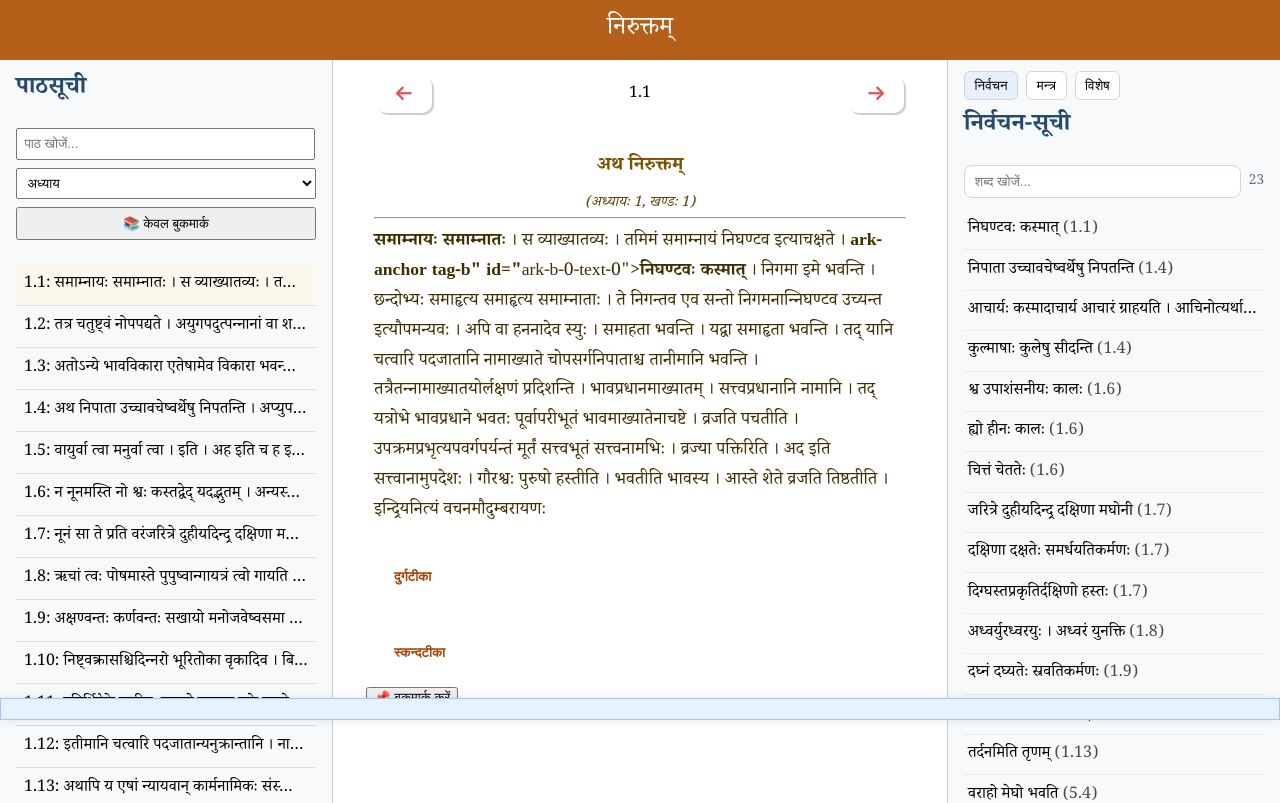
Repository: sanskritsphere/Niruktam
Page: virson2/index.html
These files come from the project's save history. The page is drawn as it stood at one moment and after the next save; the edit follows.
The browser window is 1280 px wide. The pictures show the whole page.
Some web fonts or font styles are not loaded; a fallback is used.

Above is the page before, as saved 2025-11-11 09:39:26.

### virson2/index.html
<!DOCTYPE html>
<html lang="sa">
<head>
  <meta charset="UTF-8">
  <meta name="viewport" content="width=device-width, initial-scale=1.0">
  <title>निरुक्तम्(1.1)</title>
  <link rel="stylesheet" type="text/css" href="style.css">
  <link rel="stylesheet" href="https://cdnjs.cloudflare.com/ajax/libs/font-awesome/6.5.0/css/all.min.css">
  <link href="https://fonts.googleapis.com/css2?family=Noto+Serif+Devanagari&family=Mukta&family=Tiro+Devanagari+Sanskrit&display=swap" rel="stylesheet">
  </head>
<body>
  <div class="loader" id="loader"></div>
  <div id="header">
    <span>निरुक्तम्</span>
  </div>
  <button class="menu-toggle" onclick="toggleSidebar()">☰</button>

  <aside id="sidebar">
    <h2>पाठसूची</h2>
    <input id="searchInput" oninput="leftSearch()" type="text" placeholder="पाठ खोजें...">
    <select id="filterAdhyay"><option value="">अध्यायं चिनुयात्</option></select>
    <button id="filterBookmarked">📚 केवल बुकमार्क</button>
       <ul id="sutraList"></ul>
  </aside>


  <div id="tipsBox"></div>
  <main onclick="toggleSidebar(true)">
    <div id="sutraContent"></div>
  </main>

   <aside id="markSidebar">
  <h2>निर्वचन-सूची</h2>

  <div class="markSearch">
    <input id="markSearchInput" type="search" placeholder="शब्द खोजें..." />
    <span id="markSearchCount"></span>
  </div>

  <ul id="markList"></ul>
</aside>


 <script src="script.js" defer></script>
</body>
</html>

### virson2/script.js
// =============== STATE ===============
let data = [];
let currentIndex = 0;
let listElements = [];

const TAGS = [
  { key: 'b', label: 'निर्वचन' },  // b(.*?)b
  { key: 'm', label: 'मन्त्र' },   // m(.*?)m
  { key: 'v', label: 'विशेष' }     // v(.*?)v
];

const termsByTag = {};               // { b:[], m:[], v:[] }
TAGS.forEach(t => termsByTag[t.key] = []);

const bookmarked = new Set();
const doubts = JSON.parse(localStorage.getItem('doubts') || '[]');

const markState = { query: "", activeTag: 'b' };  // right sidebar
const leftSearchState = { q: "" };                // left sidebar search

// सिर्फ left-labels के लिए b...b unwrap का regex (बाकी tags नीचे अलग तरीके से संभलते हैं)
const MARK_RE_B = /b(.*?)b/g;


// =============== HELPERS ===============
function normalizeNFC(s){ return (s || "").normalize("NFC"); }

function escapeHTML(s=""){
  return s.replace(/[&<>"']/g, c => ({
    '&':'&amp;','<':'&lt;','>':'&gt;','"':'&quot;',"'":'&#39;'
  }[c]));
}

function highlightLabel(label="", q=""){
  label = normalizeNFC(label);
  q = normalizeNFC(q);
  const safe = escapeHTML(label);
  if(!q) return safe;
  const re = new RegExp(q.replace(/[.*+?^${}()|[\]\\]/g, '\\$&'), 'gi');
  return safe.replace(re, m => `<span class="mark">${m}</span>`);
}

function debounce(fn, wait = 200){
  let t;
  return (...args) => { clearTimeout(t); t = setTimeout(() => fn(...args), wait); };
}

function highlightDoubts(text, doubtTexts) {
  if (!text) return '';
  let out = text;
  doubtTexts.forEach(doubt => {
    const q = normalizeNFC(doubt);
    if (!q) return;
    const re = new RegExp(`(${q.replace(/[.*+?^${}()|[\]\\]/g, '\\$&')})`, 'g');
    out = out.replace(re, '<span class="doubt-highlight">$1</span>');
  });
  return out;
}

/* ========= main content temporary highlight after click ========= */
function flashSearchInMain(query, duration = 1600){
  query = (query || "").trim();
  if (!query) return;
  const container = document.getElementById('sutraContent');
  if (!container) return;

  const qN = normalizeNFC(query).toLowerCase();

  // remove previous flashes
  container.querySelectorAll('.main-flash').forEach(span => {
    const text = document.createTextNode(span.textContent);
    const p = span.parentNode;
    if (p) p.replaceChild(text, span);
  });

  // walk text nodes and wrap matches
  const walker = document.createTreeWalker(container, NodeFilter.SHOW_TEXT, null);
  let node, firstSpan = null;

  const wrapMatchesInNode = (textNode) => {
    const original = textNode.nodeValue;
    const origN = normalizeNFC(original);
    const hay = origN.toLowerCase();

    let start = 0, idx = hay.indexOf(qN, start);
    if (idx === -1) return;

    const parent = textNode.parentNode;
    const frag = document.createDocumentFragment();
    let pos = 0;

    while (idx !== -1) {
      const absStart = idx;
      const absEnd = idx + qN.length;

      const before = original.slice(pos, absStart);
      const match  = original.slice(absStart, absEnd);

      if (before) frag.appendChild(document.createTextNode(before));

      const span = document.createElement('span');
      span.className = 'main-flash';
      span.textContent = match;
      frag.appendChild(span);
      if (!firstSpan) firstSpan = span;

      pos = absEnd;
      start = absEnd;
      idx = hay.indexOf(qN, start);
    }
    const after = original.slice(pos);
    if (after) frag.appendChild(document.createTextNode(after));

    parent.replaceChild(frag, textNode);
  };

  while ((node = walker.nextNode())) {
    if (!node.parentElement) continue;
    const tag = node.parentElement.tagName;
    if (tag === 'SCRIPT' || tag === 'STYLE') continue;
    wrapMatchesInNode(node);
  }

  if (firstSpan) {
    firstSpan.scrollIntoView({ behavior: 'smooth', block: 'center' });
  }

  setTimeout(() => {
    container.querySelectorAll('.main-flash').forEach(span => {
      const text = document.createTextNode(span.textContent);
      const p = span.parentNode;
      if (p) p.replaceChild(text, span);
    });
  }, duration);
}
/* ========= /flash ========= */

/* ========= collect all tags (b/m/v/...) into anchors + termsByTag ========= */
function processAllTags(str, sutraIdx, field){
  let html = str || '';
  if (!html) return { html: '' };

  TAGS.forEach(tag => {
    const re = new RegExp(`${tag.key}(.*?)${tag.key}`, 'g');
    let i = 0;
    html = html.replace(re, (m, p1) => {
      const id = `mark-${tag.key}-${sutraIdx}-${field}-${i++}`;
      const label = (p1 || '').trim();
      termsByTag[tag.key].push({ id, label, sutraIdx, field, tag: tag.key });
      return `<span class="mark-anchor tag-${tag.key}" id="${id}"><b>${label}</b></span>`;
    });
  });

  return { html };
}


// =============== RENDER: MAIN PANEL ===============
function renderSutra(index) {
  const sutra = data[index];
  if (!sutra) return;

  const doubtTexts = doubts.filter(d => d.index === sutra.index).map(d => d.text);
  const container = document.getElementById('sutraContent');
  if (!container) return;

  container.innerHTML = `
    <div class="sutra">
      <div class="sutra-btn">
        <button onclick="navigate(-1)"><i class="fas fa-arrow-left"></i></button>
        <p>${sutra.index}</p>
        <button onclick="navigate(1)"><i class="fas fa-arrow-right"></i></button>
      </div>

      <div class="section"><strong>अथ निरुक्तम्</strong>
        <div class="meta">(अध्यायः ${sutra.adhyay}, खण्डः ${sutra.khand})</div><hr>
        ${highlightDoubts(sutra.text, doubtTexts)}
      </div>

      <div class="section">
        <button class="toggle-btn" onclick="toggleExclusive('durg')">दुर्गटीका</button>
        <div id="durg" class="toggle-content"><hr>${highlightDoubts(sutra.durg, doubtTexts)}</div>
      </div>
      <div class="section">
        <button class="toggle-btn" onclick="toggleExclusive('skand')">स्कन्दटीका</button>
        <div id="skand" class="toggle-content"><hr>${highlightDoubts(sutra.skand, doubtTexts)}</div>
      </div>
      <button class="add-remove-bookmark" onclick="toggleBookmark(${index})">
        ${bookmarked.has(index) ? '🔖 बुकमार्क हटाएं' : '📌 बुकमार्क करें'}
      </button>
      <br><br><br><br>
    </div>
  `;

  listElements.forEach((el, i) => {
    el.classList.toggle('active', i === index);
    if (i === index) document.title = `निरुक्त_(${sutra.index})`;
  });
}


// =============== LEFT LIST (always from plain) ===============
function populateSidebar() {
  const ul = document.getElementById('sutraList');
  if (!ul) return;

  ul.innerHTML = '';
  listElements = [];

  data.forEach((sutra, index) => {
    const base = `${sutra.index}: ${sutra.text_plain || ""}`.trim();
    const title = base;
    const label = base; // चाहो तो slice कर सकते हैं

    const li = document.createElement('li');
    li.textContent = label;          // plain
    li.title = title;
    li.dataset.baseLabel = label;    // restore के लिए stash

    li.onclick = (e) => {
      e.stopPropagation();
      currentIndex = index;
      renderSutra(index);
      if (leftSearchState.q && leftSearchState.q.trim()) {
        setTimeout(() => flashSearchInMain(leftSearchState.q), 60);
      }
      toggleSidebar(true);
    };

    listElements.push(li);
    ul.appendChild(li);
  });
}

// master renderer: left search + adhyay + bookmark
function applyFilters() {
  const ul = document.getElementById('sutraList');
  if (!ul) return;

  const adhyayEl = document.getElementById('filterAdhyay');
  const bookmarkedBtn = document.getElementById('filterBookmarked');

  const adhyay = adhyayEl ? adhyayEl.value : "";
  const showBookmarked = bookmarkedBtn ? bookmarkedBtn.classList.contains('active') : false;

  const q = normalizeNFC((leftSearchState.q || "").toLowerCase());

  ul.innerHTML = '';

  listElements.forEach((li, i) => {
    const s = data[i];
    const passAdhyay   = (!adhyay || s.adhyay == adhyay);
    const passBookmark = (!showBookmarked || bookmarked.has(i));
    const passSearch   = (!q || (s._search || "").includes(q));

    if (passAdhyay && passBookmark && passSearch) {
      ul.appendChild(li);
    }
  });
}


// =============== RIGHT SIDEBAR (tabs + list) ===============
function buildMarkTabs(){
  const sidebar = document.getElementById('markSidebar');
  if (!sidebar) return;

  let tabs = document.getElementById('markTabs');
  if (!tabs){
    tabs = document.createElement('div');
    tabs.id = 'markTabs';
    tabs.style.display = 'flex';
    tabs.style.gap = '.5rem';
    tabs.style.marginBottom = '.5rem';
    tabs.style.flexWrap = 'wrap';
    const h2 = sidebar.querySelector('h2');
    if (h2 && h2.parentNode) h2.parentNode.insertBefore(tabs, h2);
    else sidebar.insertBefore(tabs, sidebar.firstChild);
  }

  tabs.innerHTML = '';
  TAGS.forEach(tag => {
    const btn = document.createElement('button');
    btn.className = 'mark-tab-btn';
    btn.textContent = tag.label;
    btn.dataset.tag = tag.key;
    btn.style.padding = '.35rem .6rem';
    btn.style.border = '1px solid #cfd6de';
    btn.style.borderRadius = '6px';
    btn.style.background = (markState.activeTag === tag.key) ? '#e8f0fe' : '#fff';
    btn.style.cursor = 'pointer';
    btn.setAttribute('aria-selected', markState.activeTag === tag.key ? 'true' : 'false');
    btn.onclick = () => {
      markState.activeTag = tag.key;
      buildMarkTabs();     // active style refresh
      renderMarkSidebar(); // list refresh
    };
    tabs.appendChild(btn);
  });
}

function renderMarkSidebar() {
  const ul = document.getElementById('markList');
  const countEl = document.getElementById('markSearchCount');
  if (!ul) return;

  const active = markState.activeTag || 'b';
  const source = termsByTag[active] || [];

  const q = normalizeNFC((markState.query || "").toLowerCase().trim());
  const filtered = q
    ? source.filter(t => normalizeNFC(t.label).toLowerCase().includes(q))
    : source;

  ul.innerHTML = '';

  filtered.forEach((t) => {
    const li = document.createElement('li');
    const idx = data[t.sutraIdx]?.index || '';
    li.innerHTML = `${highlightLabel(t.label, q)} <span style="opacity:.7">(${idx})</span>`;
    li.title = `${t.label} — सूक्त ${idx}`;
    li.onclick = (e) => {
      e.stopPropagation();
      currentIndex = t.sutraIdx;
      renderSutra(currentIndex);
      if (markState.query && markState.query.trim()) {
        setTimeout(() => flashSearchInMain(markState.query), 60);
      }
      setTimeout(() => {
        const el = document.getElementById(t.id);
        if (el) {
          el.classList.add('flash');
          el.scrollIntoView({ behavior: 'smooth', block: 'center' });
          setTimeout(() => el.classList.remove('flash'), 1500);
        }
      }, 50);
    };
    ul.appendChild(li);
  });

  if (countEl) countEl.textContent = String(filtered.length || 0);
}


// =============== FILTERS / NAV / TOGGLES ===============
function updateFilters() {
  const adhyaySet = new Set();
  data.forEach(s => adhyaySet.add(s.adhyay));
  const sel = document.getElementById('filterAdhyay');
  if (!sel) return;
  sel.innerHTML = '<option value="">अध्याय</option>' + [...adhyaySet].map(a => `<option>${a}</option>`).join('');
}

function navigate(offset) {
  const newIndex = currentIndex + offset;
  if (newIndex >= 0 && newIndex < data.length) {
    currentIndex = newIndex;
    renderSutra(currentIndex);
  }
}

function toggleBookmark(index) {
  bookmarked.has(index) ? bookmarked.delete(index) : bookmarked.add(index);
  renderSutra(index);
  applyFilters();
}

function toggleSidebar(forceClose = null) {
  const aside = document.getElementById('sidebar');
  if (!aside) return;
  if (forceClose === true) aside.classList.remove('open');
  else if (forceClose === false) aside.classList.add('open');
  else aside.classList.toggle('open');
}

function toggleExclusive(idToShow) {
  ['durg', 'skand'].forEach(id => {
    const el = document.getElementById(id);
    if (!el) return;
    el.style.display = id === idToShow && el.style.display !== 'block' ? 'block' : 'none';
  });
}


// =============== UI WIRING (bind after DOMContentLoaded) ===============
function wireUI(){

  // LEFT sidebar search input (always from plain dataset)
  const input = document.getElementById("searchInput");
  if (input){
    input.addEventListener('input', function() {
      leftSearchState.q = input.value || "";

      const filter = input.value.normalize("NFC").toUpperCase();
      const ul = document.getElementById("sutraList");
      const li = ul.getElementsByTagName("li");

      for (let i = 0; i < li.length; i++) {
        const base = (li[i].dataset.baseLabel || li[i].textContent || "").normalize("NFC");
        const idx = base.toUpperCase().indexOf(filter);

        if (idx > -1) {
          li[i].style.display = "";
          const before = base.slice(0, idx);
          const middle = base.slice(idx, idx + filter.length);
          const after  = base.slice(idx + filter.length);
          li[i].innerHTML = `${before}<span class="chihnit">${middle}</span>${after}`;
        } else {
          li[i].style.display = "none";
          li[i].textContent = base; // restore plain
        }
      }
    });
  }

  // Filters wiring
  const adhyaySelect = document.getElementById('filterAdhyay');
  if (adhyaySelect) adhyaySelect.onchange = applyFilters;

  const bookmarkedBtnEl = document.getElementById('filterBookmarked');
  if (bookmarkedBtnEl){
    bookmarkedBtnEl.onclick = function () {
      this.classList.toggle('active');
      applyFilters();
    };
  }

  // RIGHT sidebar search input
  const markSearchInput = document.getElementById('markSearchInput');
  if (markSearchInput){
    markState.query = ""; // init
    markSearchInput.addEventListener('input', debounce(e => {
      markState.query = e.target.value || "";
      renderMarkSidebar();
    }, 150));
  }

  // Build right tabs initially
  buildMarkTabs();
}


// =============== FETCH + PROCESS ===============
document.addEventListener('DOMContentLoaded', () => {
  wireUI();  // DOM ready

  fetch("data.json")
    .then(res => res.json())
    .then(json => {
      data = json.niruktam.map((item, i) => {
        // Plain versions for LEFT labels/search (strip all tags + unwrap b/m/v)
        const rawText  = item.text  || "";
        const rawDurg  = item.durg  || "";
        const rawSkand = item.skand || "";

        const stripAll = s => (s || "")
          .replace(/<[^>]*>/g, "")
          .replace(/b(.*?)b/g, (_, p1)=> (p1||"").trim())
          .replace(/m(.*?)m/g, (_, p1)=> (p1||"").trim())
          .replace(/v(.*?)v/g, (_, p1)=> (p1||"").trim());

        const text_plain  = stripAll(rawText);
        const durg_plain  = stripAll(rawDurg);
        const skand_plain = stripAll(rawSkand);

        // Left search key from plain text
        const searchKey = normalizeNFC((item.index + ': ' + text_plain)).toLowerCase();

        // Main HTML with anchors for ALL configured tags
        const pText  = processAllTags(item.text,  i, 'text');
        const pDurg  = processAllTags(item.durg,  i, 'durg');
        const pSkand = processAllTags(item.skand, i, 'skand');

        return {
          ...item,
          text:  pText.html,
          durg:  pDurg.html,
          skand: pSkand.html,
          text_plain,
          durg_plain,
          skand_plain,
          _search: searchKey
        };
      });

      // Left list + filters
      populateSidebar();
      updateFilters();
      applyFilters();

      // Main + Right side
      renderSutra(currentIndex);
      renderMarkSidebar();

      const loader = document.getElementById('loader');
      if (loader) loader.style.display = 'none';
    })
    .catch(err => {
      const cont = document.getElementById('sutraContent');
      if (cont) cont.innerText = 'Error loading data: ' + err.message;
      const loader = document.getElementById('loader');
      if (loader) loader.style.display = 'none';
    });
});

Loaded but not shown: virson2/data.json (4814 lines, source omitted); virson2/style.css (303 lines, source omitted)

After the next save:
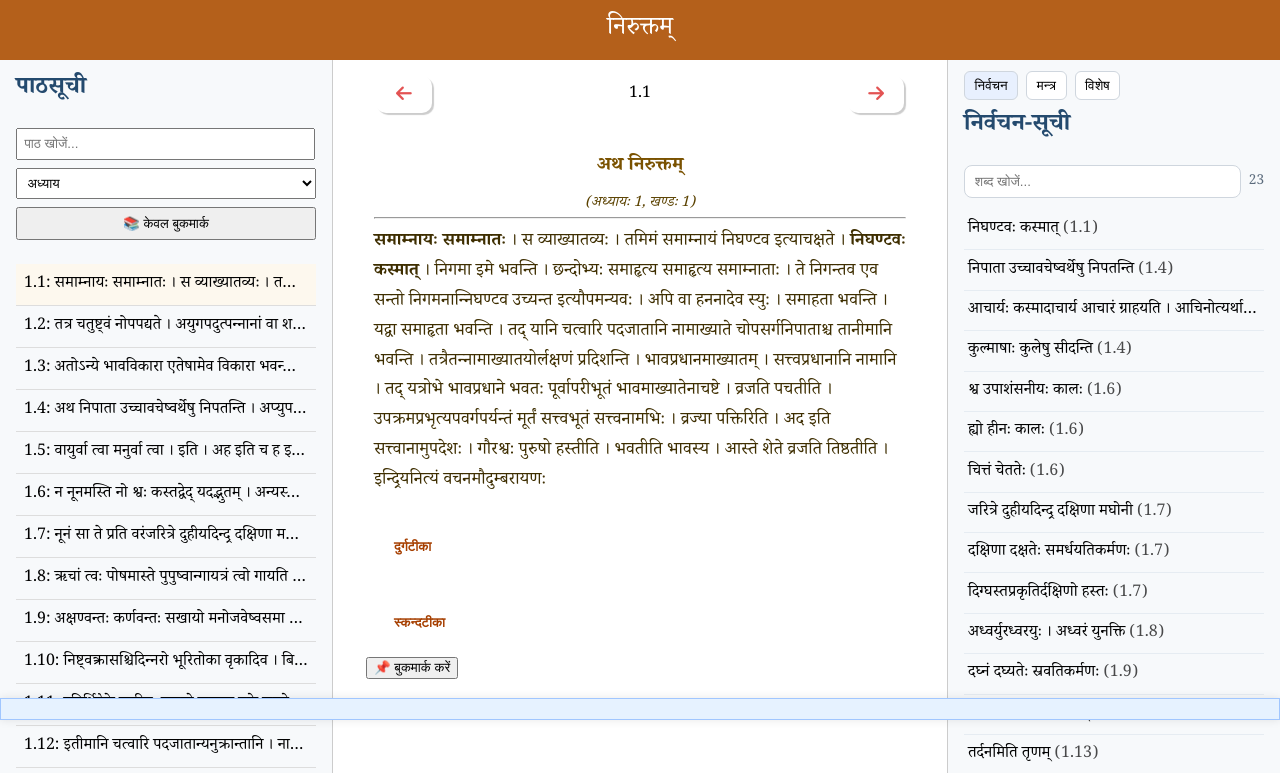
Saved 6 min 3 s later.
--- a/virson2/script.js
+++ b/virson2/script.js
@@ -18,7 +18,7 @@ const doubts = JSON.parse(localStorage.getItem('doubts') || '[]');
 const markState = { query: "", activeTag: 'b' };  // right sidebar
 const leftSearchState = { q: "" };                // left sidebar search
 
-// सिर्फ left-labels के लिए b...b unwrap का regex (बाकी tags नीचे अलग तरीके से संभलते हैं)
+// सिर्फ left-labels के लिए b...b unwrap (list label generate करते समय)
 const MARK_RE_B = /b(.*?)b/g;
 
 
@@ -135,20 +135,27 @@ function flashSearchInMain(query, duration = 1600){
 }
 /* ========= /flash ========= */
 
-/* ========= collect all tags (b/m/v/...) into anchors + termsByTag ========= */
+/* ========= SINGLE-PASS tag collector: b/m/v/... =========
+   किसी एक replace से सारे tags पकड़ो ताकि HTML inject होने के बाद regex न बिगड़े  */
 function processAllTags(str, sutraIdx, field){
-  let html = str || '';
-  if (!html) return { html: '' };
-
-  TAGS.forEach(tag => {
-    const re = new RegExp(`${tag.key}(.*?)${tag.key}`, 'g');
-    let i = 0;
-    html = html.replace(re, (m, p1) => {
-      const id = `mark-${tag.key}-${sutraIdx}-${field}-${i++}`;
-      const label = (p1 || '').trim();
-      termsByTag[tag.key].push({ id, label, sutraIdx, field, tag: tag.key });
-      return `<span class="mark-anchor tag-${tag.key}" id="${id}"><b>${label}</b></span>`;
-    });
+  let src = str || '';
+  if (!src) return { html: '' };
+
+  const keys = TAGS.map(t => t.key);                   // ['b','m','v',...]
+  const re = new RegExp(`(${keys.join("|")})([\\s\\S]*?)\\1`, "g"); // (b|m|v) ... \1
+
+  const counters = Object.fromEntries(keys.map(k => [k, 0]));
+
+  const html = src.replace(re, (m, tagKey, inner) => {
+    const i = counters[tagKey]++;
+    const id = `mark-${tagKey}-${sutraIdx}-${field}-${i}`;
+    const label = (inner || '').trim();
+
+    // collect strictly into active tag bucket
+    termsByTag[tagKey].push({ id, label, sutraIdx, field, tag: tagKey });
+
+    // visible anchor (escape to avoid leaking tags)
+    return `<span class="mark-anchor tag-${tagKey}" id="${id}"><b>${escapeHTML(label)}</b></span>`;
   });
 
   return { html };
@@ -194,7 +201,7 @@ function renderSutra(index) {
 
   listElements.forEach((el, i) => {
     el.classList.toggle('active', i === index);
-    if (i === index) document.title = `निरुक्त_(${sutra.index})`;
+    if (i === index) document.title = `นिरुक्त_(${sutra.index})`;
   });
 }
 
@@ -210,12 +217,12 @@ function populateSidebar() {
   data.forEach((sutra, index) => {
     const base = `${sutra.index}: ${sutra.text_plain || ""}`.trim();
     const title = base;
-    const label = base; // चाहो तो slice कर सकते हैं
+    const label = base;
 
     const li = document.createElement('li');
     li.textContent = label;          // plain
     li.title = title;
-    li.dataset.baseLabel = label;    // restore के लिए stash
+    li.dataset.baseLabel = label;    // restore के लिए
 
     li.onclick = (e) => {
       e.stopPropagation();
@@ -447,6 +454,9 @@ document.addEventListener('DOMContentLoaded', () => {
   fetch("data.json")
     .then(res => res.json())
     .then(json => {
+      // reset buckets each load
+      TAGS.forEach(t => { termsByTag[t.key] = []; });
+
       data = json.niruktam.map((item, i) => {
         // Plain versions for LEFT labels/search (strip all tags + unwrap b/m/v)
         const rawText  = item.text  || "";
@@ -466,7 +476,7 @@ document.addEventListener('DOMContentLoaded', () => {
         // Left search key from plain text
         const searchKey = normalizeNFC((item.index + ': ' + text_plain)).toLowerCase();
 
-        // Main HTML with anchors for ALL configured tags
+        // Main HTML with anchors for ALL configured tags (single-pass)
         const pText  = processAllTags(item.text,  i, 'text');
         const pDurg  = processAllTags(item.durg,  i, 'durg');
         const pSkand = processAllTags(item.skand, i, 'skand');
